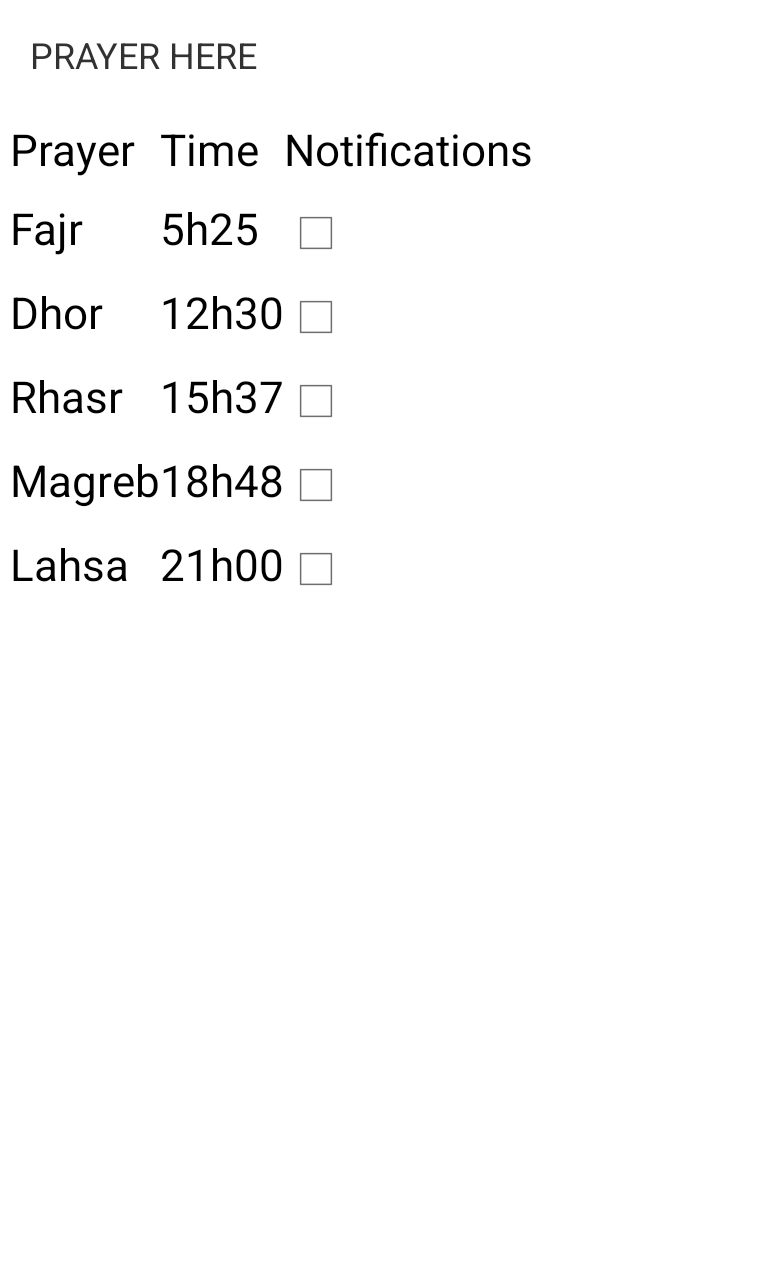
Repository: Osamah/Afstudeerwerk
Layout: NativeApp/SecondPillar/res/layout/activity_prayer.xml
These files come from the project's save history. The layout is drawn as it stood at one moment and after the next save; the edit follows.
It is drawn on a 768 x 1280 px phone screen (xhdpi) without system bars, with theme AppTheme; the app's code is not run.

Above is the layout before, as saved 2012-12-27 23:44:39.

### NativeApp/SecondPillar/res/layout/activity_prayer.xml
<?xml version="1.0" encoding="utf-8"?>
<LinearLayout
  xmlns:android="http://schemas.android.com/apk/res/android"
  android:orientation="vertical"
  android:layout_width="match_parent"
  android:layout_height="match_parent">

  <!-- Screen Design -->
  <TextView android:text="PRAYER HERE"
            android:padding="15dip"
            android:textSize="18dip"
            android:layout_width="fill_parent"
            android:layout_height="wrap_content"/>



  <TableLayout xmlns:android="http://schemas.android.com/apk/res/android"
    android:id="@+id/tblPrayer"
    android:layout_width="fill_parent"
    android:layout_height="fill_parent" >

  <!-- HEADER -->
 	<TableRow
        android:id="@+id/headerRow"
        android:layout_width="wrap_content"
        android:layout_height="wrap_content"
        android:padding="5dip" >

        <TextView
            android:id="@+id/headerCol1"
            android:text="@string/headerCol1"
            android:textAppearance="?android:attr/textAppearanceLarge" />

        <TextView
            android:id="@+id/headerCol2"
            android:text="@string/headerCol2"
            android:textAppearance="?android:attr/textAppearanceLarge" />

     	<TextView
            android:id="@+id/headerCol3"
            android:text="@string/headerCol3"
            android:textAppearance="?android:attr/textAppearanceLarge" />

  	</TableRow>

 	<!-- PRAYER 1 -->
    <TableRow
        android:id="@+id/fjarRow"
        android:layout_width="wrap_content"
        android:layout_height="wrap_content"
        android:padding="5dip" >

        <TextView
            android:id="@+id/prayer1"
            android:text="@string/prayer1"
            android:textAppearance="?android:attr/textAppearanceLarge" />

        <TextView
            android:id="@+id/prayerTime1"
            android:text="@string/prayerTime1"
            android:textAppearance="?android:attr/textAppearanceLarge" />

        <CheckBox
            android:id="@+id/prayerNotification1"
        />
  	</TableRow>

    <!-- PRAYER 2 -->
    <TableRow
        android:id="@+id/dhorRow"
        android:layout_width="wrap_content"
        android:layout_height="wrap_content"
        android:padding="5dip" >

       <TextView
            android:id="@+id/prayer2"
            android:text="@string/prayer2"
            android:textAppearance="?android:attr/textAppearanceLarge" />

        <TextView
            android:id="@+id/prayerTime2"
            android:text="@string/prayerTime2"
            android:textAppearance="?android:attr/textAppearanceLarge" />

        <CheckBox
            android:id="@+id/prayerNotification2"
        />
  	</TableRow>

    <!-- PRAYER 3 -->
    <TableRow
        android:id="@+id/rhasrRow"
        android:layout_width="wrap_content"
        android:layout_height="wrap_content"
        android:padding="5dip" >

       <TextView
            android:id="@+id/prayer3"
            android:text="@string/prayer3"
            android:textAppearance="?android:attr/textAppearanceLarge" />

        <TextView
            android:id="@+id/prayerTime3"
            android:text="@string/prayerTime3"
            android:textAppearance="?android:attr/textAppearanceLarge" />

        <CheckBox
            android:id="@+id/prayerNotification3"
        />
  	</TableRow>

    <!-- PRAYER 4 -->
    <TableRow
        android:id="@+id/magrebRow"
        android:layout_width="wrap_content"
        android:layout_height="wrap_content"
        android:padding="5dip" >

        <TextView
            android:id="@+id/prayer4"
            android:text="@string/prayer4"
            android:textAppearance="?android:attr/textAppearanceLarge" />

        <TextView
            android:id="@+id/prayerTime4"
            android:text="@string/prayerTime4"
            android:textAppearance="?android:attr/textAppearanceLarge" />

        <CheckBox
            android:id="@+id/prayerNotification4"
        />
  	</TableRow>


    <!-- PRAYER 5 -->
    <TableRow
        android:id="@+id/lahsaRow"
        android:layout_width="wrap_content"
        android:layout_height="wrap_content"
        android:padding="5dip" >

  		 <TextView
            android:id="@+id/prayer5"
            android:text="@string/prayer5"
            android:textAppearance="?android:attr/textAppearanceLarge" />

        <TextView
            android:id="@+id/prayerTime5"
            android:text="@string/prayerTime5"
            android:gravity="center"
            android:textAppearance="?android:attr/textAppearanceLarge" />

        <CheckBox
            android:id="@+id/prayerNotification5"
        />
  	</TableRow>
    </TableLayout>


</LinearLayout>

### NativeApp/SecondPillar/res/values/strings.xml
<?xml version="1.0" encoding="utf-8"?>
<resources>

    <string name="app_name">Second Pillar</string>
    <string name="edit_message">Enter a message</string>
    <string name="button_send">Send</string>
    <string name="menu_settings">Settings</string>
    <string name="favorite">MyFavorite String</string>
    <string name="menu_search">Search</string>



    <string name="headerCol1">Prayer</string>
    <string name="headerCol2">Time</string>
    <string name="headerCol3">Notifications</string>

    <string name="prayer1">Fajr</string>
    <string name="prayer2">Dhor</string>
    <string name="prayer3">Rhasr</string>
    <string name="prayer4">Magreb</string>
    <string name="prayer5">Lahsa</string>

    <string name="prayerTime1">5h25</string>
    <string name="prayerTime2">12h30</string>
    <string name="prayerTime3">15h37</string>
    <string name="prayerTime4">18h48</string>
    <string name="prayerTime5">21h00</string>

</resources>

Loaded but not shown: NativeApp/SecondPillar/res/values/styles.xml (common file); NativeApp/SecondPillar/res/values-v11/styles.xml (common file); NativeApp/SecondPillar/res/values-v14/styles.xml (common file)

After the next save:
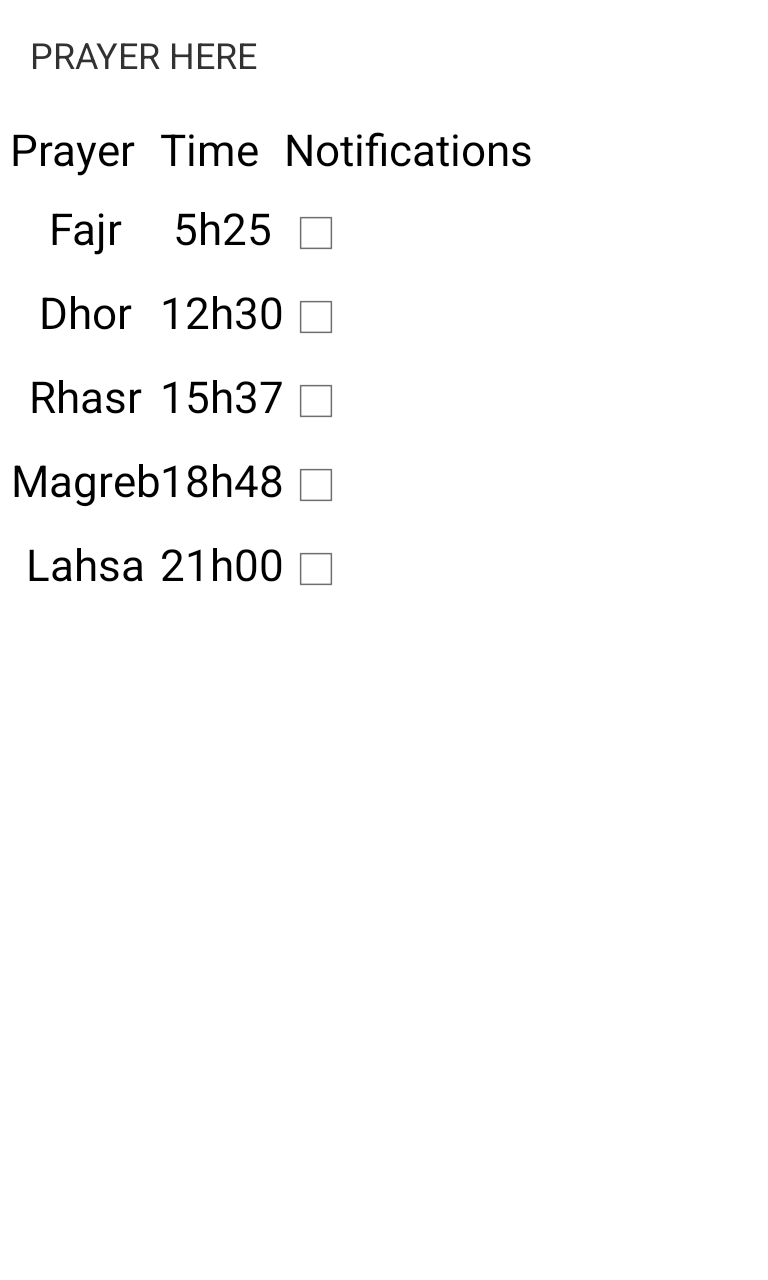
Saved 68 s later.
--- a/NativeApp/SecondPillar/res/layout/activity_prayer.xml
+++ b/NativeApp/SecondPillar/res/layout/activity_prayer.xml
@@ -53,15 +53,18 @@
         <TextView
             android:id="@+id/prayer1"
             android:text="@string/prayer1"
-            android:textAppearance="?android:attr/textAppearanceLarge" />
+            android:textAppearance="?android:attr/textAppearanceLarge"
+            android:gravity="center"/>
 
         <TextView
             android:id="@+id/prayerTime1"
             android:text="@string/prayerTime1"
-            android:textAppearance="?android:attr/textAppearanceLarge" />
+            android:textAppearance="?android:attr/textAppearanceLarge"
+            android:gravity="center"/>
 
         <CheckBox
             android:id="@+id/prayerNotification1"
+            android:gravity="center"
         />
   	</TableRow>
 
@@ -75,15 +78,20 @@
        <TextView
             android:id="@+id/prayer2"
             android:text="@string/prayer2"
-            android:textAppearance="?android:attr/textAppearanceLarge" />
+            android:textAppearance="?android:attr/textAppearanceLarge"
+            android:gravity="center"
+            />
 
         <TextView
             android:id="@+id/prayerTime2"
             android:text="@string/prayerTime2"
-            android:textAppearance="?android:attr/textAppearanceLarge" />
+            android:textAppearance="?android:attr/textAppearanceLarge"
+            android:gravity="center"
+            />
 
         <CheckBox
             android:id="@+id/prayerNotification2"
+            android:gravity="center"
         />
   	</TableRow>
 
@@ -97,15 +105,18 @@
        <TextView
             android:id="@+id/prayer3"
             android:text="@string/prayer3"
-            android:textAppearance="?android:attr/textAppearanceLarge" />
+            android:textAppearance="?android:attr/textAppearanceLarge"
+            android:gravity="center" />
 
         <TextView
             android:id="@+id/prayerTime3"
             android:text="@string/prayerTime3"
-            android:textAppearance="?android:attr/textAppearanceLarge" />
+            android:textAppearance="?android:attr/textAppearanceLarge"
+            android:gravity="center" />
 
         <CheckBox
             android:id="@+id/prayerNotification3"
+            android:gravity="center"
         />
   	</TableRow>
 
@@ -119,15 +130,20 @@
         <TextView
             android:id="@+id/prayer4"
             android:text="@string/prayer4"
-            android:textAppearance="?android:attr/textAppearanceLarge" />
+            android:textAppearance="?android:attr/textAppearanceLarge"
+            android:gravity="center"
+            />
 
         <TextView
             android:id="@+id/prayerTime4"
             android:text="@string/prayerTime4"
-            android:textAppearance="?android:attr/textAppearanceLarge" />
+            android:textAppearance="?android:attr/textAppearanceLarge"
+            android:gravity="center"
+            />
 
         <CheckBox
             android:id="@+id/prayerNotification4"
+            android:gravity="center"
         />
   	</TableRow>
 
@@ -142,16 +158,20 @@
   		 <TextView
             android:id="@+id/prayer5"
             android:text="@string/prayer5"
-            android:textAppearance="?android:attr/textAppearanceLarge" />
+            android:textAppearance="?android:attr/textAppearanceLarge"
+            android:gravity="center"
+            />
 
         <TextView
             android:id="@+id/prayerTime5"
             android:text="@string/prayerTime5"
             android:gravity="center"
-            android:textAppearance="?android:attr/textAppearanceLarge" />
+            android:textAppearance="?android:attr/textAppearanceLarge"
+            />
 
         <CheckBox
             android:id="@+id/prayerNotification5"
+            android:gravity="center"
         />
   	</TableRow>
     </TableLayout>
